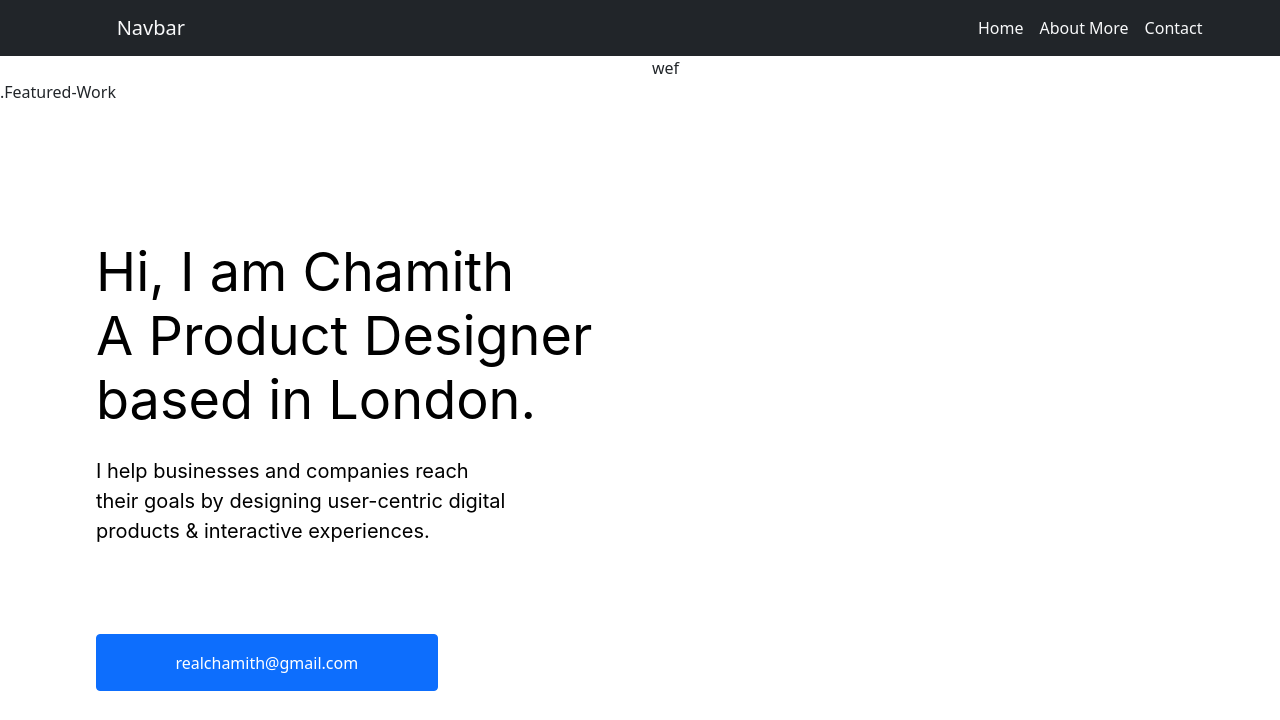
Repository: Realchamithweb/chamith-html
Page: index.html
An editor plug-in stored every save of this project. The page is shown before and after a run of saves, followed by the edit.
The browser window is 1280 px wide. The pictures show the whole page.

Above is the page before, as saved 2023-01-02 20:56:26.

After the next 2 saves:
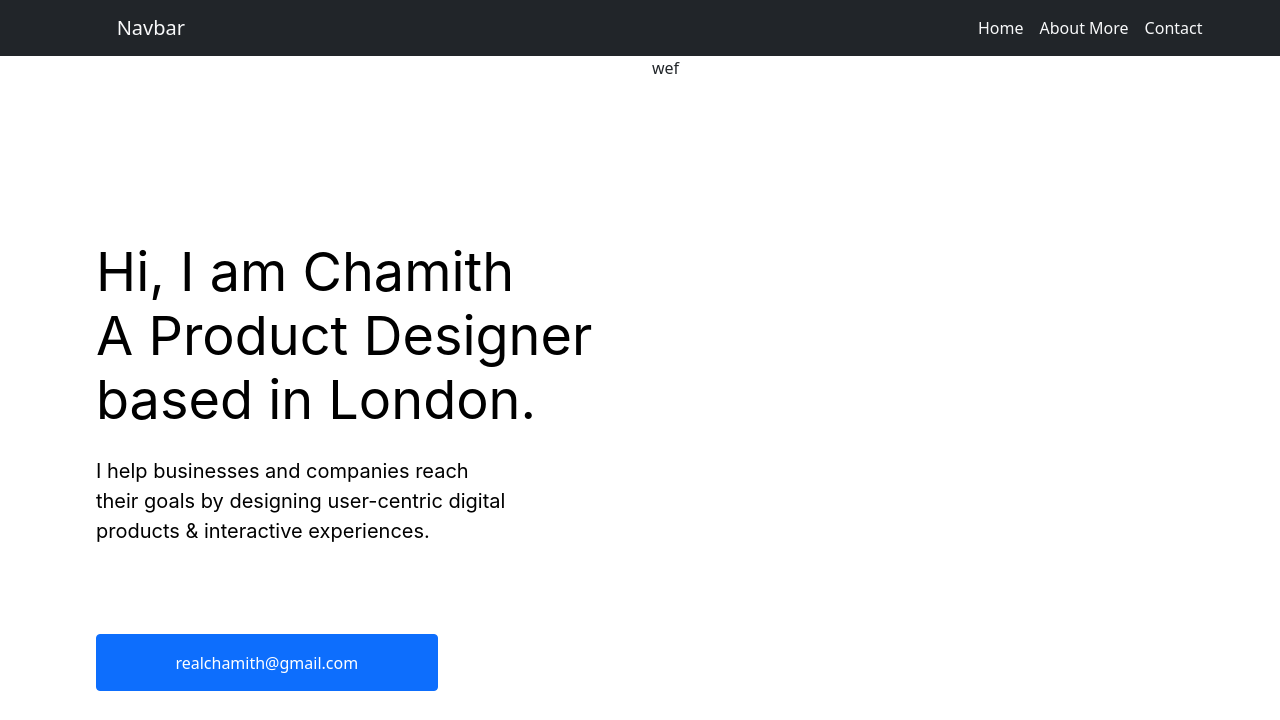
The 2 saves are shown as one change because they came seconds apart.
The last was saved 6 s later.
--- a/index.html
+++ b/index.html
@@ -58,7 +58,9 @@
                 </div>
             </div>
         </div>
-        .Featured-Work
+        <div class="Featured-Work">
+
+        </div>
 
 
 
